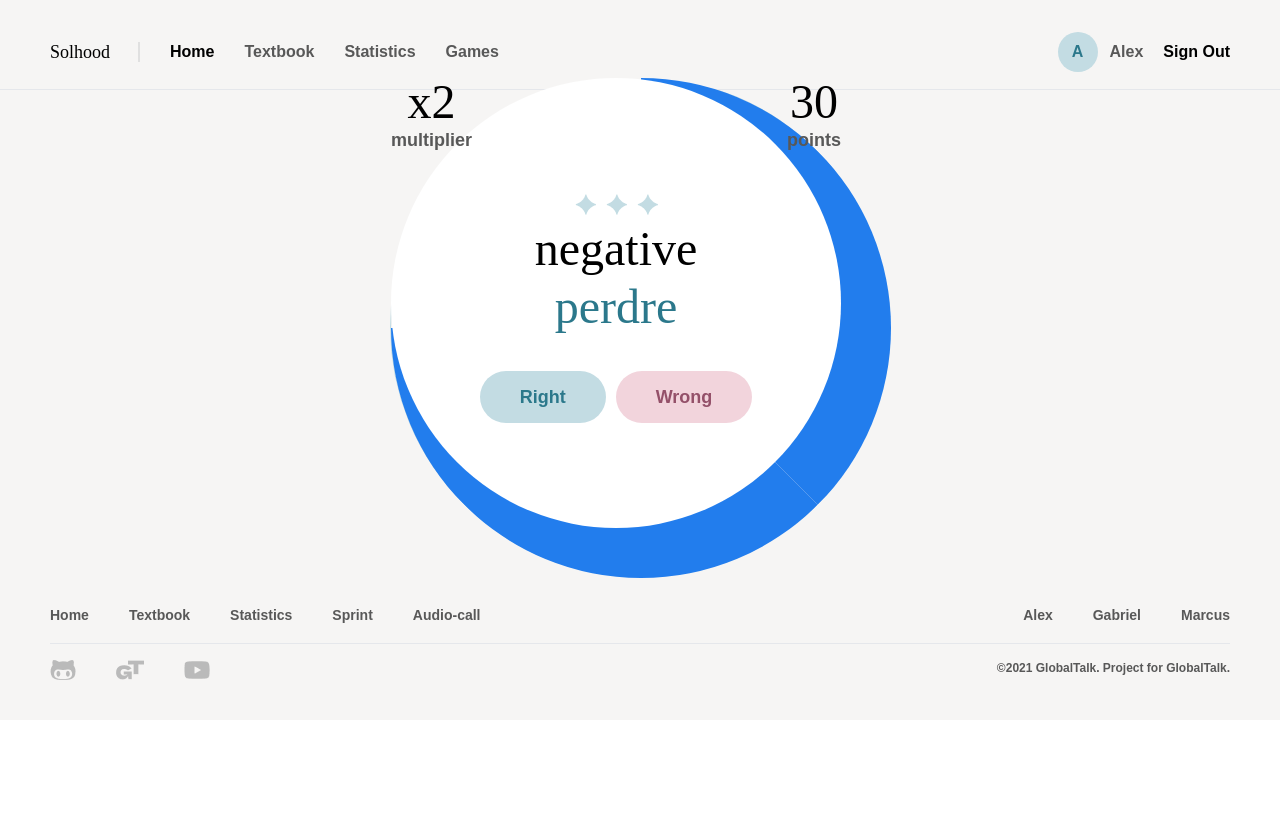
Repository: haudnn/solhood
Page: /game
The author's editor kept a copy of each file at every save. The page is drawn from the files as they stood at one save, then again after the next save.
The browser window is 1280 px wide. The pictures show the whole page.
The project was rebuilt for these pictures with package versions that can differ from the ones it lists, and the page was loaded fresh each time. Also part of the build but not shown: src/pages/Home.tsx, src/pages/Sprint.tsx.

Above is the page before, as saved 2023-01-03 17:26:53.

### src/index.css
@tailwind base;
@tailwind components;
@tailwind utilities;

@import url('https://fonts.googleapis.com/css2?family=Dela+Gothic+One&family=Montserrat:wght@400;500;600;700&display=swap');

@layer components {
    html{
        scroll-behavior: smooth;
    }
    .app-container{
        width: 1180px !important;
        margin: 0 auto !important;
    }
    .wrapper {
        height: calc(100vh - 90px);
        overflow: hidden;
    }
    .line {
        position: relative;
    }
    .wrapper-calc {
        height: calc(100vh - 90px - 157px);
        overflow: hidden;
    }
      .circle-wrap .circle .mask,
      .circle-wrap .circle .fill {
        width: 500px;
        height: 500px;
        position: absolute;
        border-radius: 50%;
      }
      .circle-wrap .circle .mask {
        clip: rect(0px, 500px, 500px, 250px);
      }

      .circle-wrap .inside-circle {
        width: 450px;
        height: 450px;
        border-radius: 50%;
        text-align: center;
        position: absolute;
        z-index: 100;
        background: white;
      }
      .mask .fill {
        clip: rect(0px, 250px, 500px, 0px);
        background-color: #227ded;
      }
      .mask.full,
      .circle .fill {
        animation: fill ease-in-out 3s;
        transform: rotate(135deg);
      }
    .line::before{
        position: absolute;
        content: "";
        right: -30px;
        border-right: 2px solid #e0e0e0 ;
        height: 20px;
        top: 50%;
        transform: translateY(-50%);
    }
    .line-long {
        position: relative;
    }
    .line-long::before{
        position: absolute;
        content: "";
        right: 0px;
        border-right: 2px solid #e0e0e0 ;
        height: 100%;
        top: 50%;
        transform: translateY(-50%);
    }
    .bridge::before {
        position: absolute;
        left:0;
        top:-16px;
        width: 100%;
        height: 20px;
        content:"";
        display: block;
    }
    .grid {
        width: 100%;
        display: block !important;
        padding: 0;
    }

    .grid.wide {
        max-width: 1200px;
        margin: 0 auto;
    }

    .row {
        display: flex;
        flex-wrap: wrap;
        margin-left: -4px;
        margin-right: -4px;
    }

    .row.no-gutters {
        margin-left: 0;
        margin-right: 0;
    }

    .col {
        padding-left: 4px;
        padding-right: 4px;
    }

    .row.no-gutters .col {
        padding-left: 0;
        padding-right: 0;
    }

    .c-0 {
        display: none;
    }

    .c-1 {
        flex: 0 0 8.33333%;
        max-width: 8.33333%;
    }

    .c-2 {
        flex: 0 0 16.66667%;
        max-width: 16.66667%;
    }

    .c-3 {
        flex: 0 0 25%;
        max-width: 25%;
    }

    .c-4 {
        flex: 0 0 33.33333%;
        max-width: 33.33333%;
    }

    .c-5 {
        flex: 0 0 41.66667%;
        max-width: 41.66667%;
    }

    .c-6 {
        flex: 0 0 50%;
        max-width: 50%;
    }

    .c-7 {
        flex: 0 0 58.33333%;
        max-width: 58.33333%;
    }

    .c-8 {
        flex: 0 0 66.66667%;
        max-width: 66.66667%;
    }

    .c-9 {
        flex: 0 0 75%;
        max-width: 75%;
    }

    .c-10 {
        flex: 0 0 83.33333%;
        max-width: 83.33333%;
    }

    .c-11 {
        flex: 0 0 91.66667%;
        max-width: 91.66667%;
    }

    .c-12 {
        flex: 0 0 100%;
        max-width: 100%;
    }

    .c-o-1 {
        margin-left: 8.33333%;
    }

    .c-o-2 {
        margin-left: 16.66667%;
    }

    .c-o-3 {
        margin-left: 25%;
    }

    .c-o-4 {
        margin-left: 33.33333%;
    }

    .c-o-5 {
        margin-left: 41.66667%;
    }

    .c-o-6 {
        margin-left: 50%;
    }

    .c-o-7 {
        margin-left: 58.33333%;
    }

    .c-o-8 {
        margin-left: 66.66667%;
    }

    .c-o-9 {
        margin-left: 75%;
    }

    .c-o-10 {
        margin-left: 83.33333%;
    }

    .c-o-11 {
        margin-left: 91.66667%;
    }

    /* >= Tablet */
    @media (min-width: 740px) {
        .row {
            margin-left: -8px;
            margin-right: -8px;
        }

        .col {
            padding-left: 8px;
            padding-right: 8px;
        }

        .m-0 {
            display: none;
        }

        .m-1,
        .m-2,
        .m-3,
        .m-4,
        .m-5,
        .m-6,
        .m-7,
        .m-8,
        .m-9,
        .m-10,
        .m-11,
        .m-12 {
            display: block;
        }

        .m-1 {
            flex: 0 0 8.33333%;
            max-width: 8.33333%;
        }

        .m-2 {
            flex: 0 0 16.66667%;
            max-width: 16.66667%;
        }

        .m-3 {
            flex: 0 0 25%;
            max-width: 25%;
        }

        .m-4 {
            flex: 0 0 33.33333%;
            max-width: 33.33333%;
        }

        .m-5 {
            flex: 0 0 41.66667%;
            max-width: 41.66667%;
        }

        .m-6 {
            flex: 0 0 50%;
            max-width: 50%;
        }

        .m-7 {
            flex: 0 0 58.33333%;
            max-width: 58.33333%;
        }

        .m-8 {
            flex: 0 0 66.66667%;
            max-width: 66.66667%;
        }

        .m-9 {
            flex: 0 0 75%;
            max-width: 75%;
        }

        .m-10 {
            flex: 0 0 83.33333%;
            max-width: 83.33333%;
        }

        .m-11 {
            flex: 0 0 91.66667%;
            max-width: 91.66667%;
        }

        .m-12 {
            flex: 0 0 100%;
            max-width: 100%;
        }

        .m-o-1 {
            margin-left: 8.33333%;
        }

        .m-o-2 {
            margin-left: 16.66667%;
        }

        .m-o-3 {
            margin-left: 25%;
        }

        .m-o-4 {
            margin-left: 33.33333%;
        }

        .m-o-5 {
            margin-left: 41.66667%;
        }

        .m-o-6 {
            margin-left: 50%;
        }

        .m-o-7 {
            margin-left: 58.33333%;
        }

        .m-o-8 {
            margin-left: 66.66667%;
        }

        .m-o-9 {
            margin-left: 75%;
        }

        .m-o-10 {
            margin-left: 83.33333%;
        }

        .m-o-11 {
            margin-left: 91.66667%;
        }
    }

    /* PC medium resolution > */
    @media (min-width: 1113px) {
        .row {
            margin-left: -12px;
            margin-right: -12px;
        }

        .row.sm-gutter {
            margin-left: -5px;
            margin-right: -5px;
        }

        .col {
            padding-left: 12px;
            padding-right: 12px;
        }

        .row.sm-gutter .col {
            padding-left: 5px;
            padding-right: 5px;
        }

        .l-0 {
            display: none;
        }

        .l-1,
        .l-2,
        .l-2-4,
        .l-3,
        .l-4,
        .l-5,
        .l-6,
        .l-7,
        .l-8,
        .l-9,
        .l-10,
        .l-11,
        .l-12 {
            display: block;
        }

        .l-1 {
            flex: 0 0 8.33333%;
            max-width: 8.33333%;
        }

        .l-2 {
            flex: 0 0 16.66667%;
            max-width: 16.66667%;
        }

        .l-2-4 {
            flex: 0 0 20%;
            max-width: 20%;
        }

        .l-3 {
            flex: 0 0 25%;
            max-width: 25%;
        }

        .l-4 {
            flex: 0 0 33.33333%;
            max-width: 33.33333%;
        }

        .l-5 {
            flex: 0 0 41.66667%;
            max-width: 41.66667%;
        }

        .l-6 {
            flex: 0 0 50%;
            max-width: 50%;
        }

        .l-7 {
            flex: 0 0 58.33333%;
            max-width: 58.33333%;
        }

        .l-8 {
            flex: 0 0 66.66667%;
            max-width: 66.66667%;
        }

        .l-9 {
            flex: 0 0 75%;
            max-width: 75%;
        }

        .l-10 {
            flex: 0 0 83.33333%;
            max-width: 83.33333%;
        }

        .l-11 {
            flex: 0 0 91.66667%;
            max-width: 91.66667%;
        }

        .l-12 {
            flex: 0 0 100%;
            max-width: 100%;
        }

        .l-o-1 {
            margin-left: 8.33333%;
        }

        .l-o-2 {
            margin-left: 16.66667%;
        }

        .l-o-3 {
            margin-left: 25%;
        }

        .l-o-4 {
            margin-left: 33.33333%;
        }

        .l-o-5 {
            margin-left: 41.66667%;
        }

        .l-o-6 {
            margin-left: 50%;
        }

        .l-o-7 {
            margin-left: 58.33333%;
        }

        .l-o-8 {
            margin-left: 66.66667%;
        }

        .l-o-9 {
            margin-left: 75%;
        }

        .l-o-10 {
            margin-left: 83.33333%;
        }

        .l-o-11 {
            margin-left: 91.66667%;
        }
    }

    /* Tablet - PC low resolution */
    @media (min-width: 740px) and (max-width: 1023px) {
        .wide {
            width: 644px;
        }
    }

    /* > PC low resolution */
    @media (min-width: 1024px) and (max-width: 1239px) {
        .wide {
            width: 984px;
        }

        .wide .row {
            margin-left: -12px;
            margin-right: -12px;
        }

        .wide .row.sm-gutter {
            margin-left: -5px;
            margin-right: -5px;
        }

        .wide .col {
            padding-left: 12px;
            padding-right: 12px;
        }

        .wide .row.sm-gutter .col {
            padding-left: 5px;
            padding-right: 5px;
        }

        .wide .l-0 {
            display: none;
        }

        .wide .l-1,
        .wide .l-2,
        .wide .l-2-4,
        .wide .l-3,
        .wide .l-4,
        .wide .l-5,
        .wide .l-6,
        .wide .l-7,
        .wide .l-8,
        .wide .l-9,
        .wide .l-10,
        .wide .l-11,
        .wide .l-12 {
            display: block;
        }

        .wide .l-1 {
            flex: 0 0 8.33333%;
            max-width: 8.33333%;
        }

        .wide .l-2 {
            flex: 0 0 16.66667%;
            max-width: 16.66667%;
        }

        .wide .l-2-4 {
            flex: 0 0 20%;
            max-width: 20%;
        }

        .wide .l-3 {
            flex: 0 0 25%;
            max-width: 25%;
        }

        .wide .l-4 {
            flex: 0 0 33.33333%;
            max-width: 33.33333%;
        }

        .wide .l-5 {
            flex: 0 0 41.66667%;
            max-width: 41.66667%;
        }

        .wide .l-6 {
            flex: 0 0 50%;
            max-width: 50%;
        }

        .wide .l-7 {
            flex: 0 0 58.33333%;
            max-width: 58.33333%;
        }

        .wide .l-8 {
            flex: 0 0 66.66667%;
            max-width: 66.66667%;
        }

        .wide .l-9 {
            flex: 0 0 75%;
            max-width: 75%;
        }

        .wide .l-10 {
            flex: 0 0 83.33333%;
            max-width: 83.33333%;
        }

        .wide .l-11 {
            flex: 0 0 91.66667%;
            max-width: 91.66667%;
        }

        .wide .l-12 {
            flex: 0 0 100%;
            max-width: 100%;
        }

        .wide .l-o-1 {
            margin-left: 8.33333%;
        }

        .wide .l-o-2 {
            margin-left: 16.66667%;
        }

        .wide .l-o-3 {
            margin-left: 25%;
        }

        .wide .l-o-4 {
            margin-left: 33.33333%;
        }

        .wide .l-o-5 {
            margin-left: 41.66667%;
        }

        .wide .l-o-6 {
            margin-left: 50%;
        }

        .wide .l-o-7 {
            margin-left: 58.33333%;
        }

        .wide .l-o-8 {
            margin-left: 66.66667%;
        }

        .wide .l-o-9 {
            margin-left: 75%;
        }

        .wide .l-o-10 {
            margin-left: 83.33333%;
        }

        .wide .l-o-11 {
            margin-left: 91.66667%;
        }
    }
}

### src/App.tsx
import "./App.css";
import { BrowserRouter } from 'react-router-dom';
import RouterConfig from './config/RouterConfig';
import Footer from "./components/Layout/Footer";
import Header from "./components/Layout/Header";
function App() {
  return (
    <div className="App font-montserrat">
      <BrowserRouter>
        <Header />
        <RouterConfig/>
        <Footer/>
      </BrowserRouter>
    </div>
  );
}

export default App;

### src/config/RouterConfig.tsx
import React from 'react'
import { Routes, Route } from 'react-router-dom';
import {router} from '../constants';
const RouterConfig = () => {
  return (
    <Routes>
    {router.map(({ path, component }) => (
      <Route key={path} path={path} element={component} />
    ))}
  </Routes>
  )
}

export default RouterConfig

### src/components/Layout/Footer.tsx
import React from "react";
import github from '../../assets/imgs/github.png';
import GT from '../../assets/imgs/GT.png'
import youtube from '../../assets/imgs/youtube.png'
const Footer = () => {
  return (
    <footer>
      <div className="bg-greyligt py-[40px]">
        <div className="app-container">
          <div className="pb-4 border-b border-solid boder-[greymedium]">
            <div className="grid">
              <div className="row">
                <div className="col l-6">
                  <ul className="flex items-center gap-x-10">
                    <li>
                      <a
                        className="text-sm font-semibold text-greydark"
                        href="/"
                      >
                        Home
                      </a>
                    </li>
                    <li>
                      <a
                        className="text-sm font-semibold text-greydark"
                        href="/"
                      >
                        Textbook
                      </a>
                    </li>
                    <li>
                      <a
                        className="text-sm font-semibold text-greydark"
                        href="/"
                      >
                        Statistics
                      </a>
                    </li>
                    <li>
                      <a
                        className="text-sm font-semibold text-greydark"
                        href="/"
                      >
                        Sprint
                      </a>
                    </li>
                    <li>
                      <a
                        className="text-sm font-semibold text-greydark"
                        href="/"
                      >
                        Audio-call
                      </a>
                    </li>
                  </ul>
                </div>
                <div className="col l-6">
                  <ul className="flex items-center justify-end gap-x-10">
                    <li>
                      <a
                        className="text-sm font-semibold text-greydark"
                        href="/"
                      >
                        Alex
                      </a>
                    </li>
                    <li>
                      <a
                        className="text-sm font-semibold text-greydark"
                        href="/"
                      >
                        Gabriel
                      </a>
                    </li>
                    <li>
                      <a
                        className="text-sm font-semibold text-greydark"
                        href="/"
                      >
                        Marcus
                      </a>
                    </li>
                  </ul>
                </div>
              </div>
            </div>
          </div>
          <div className="pt-4">
            <div className="grid">
              <div className="row">
                <div className="col l-6">
                  <ul className="flex items-center gap-x-10">
                    <li>
                      <a href="/">
                        <img src={github} alt="" />
                      </a>
                    </li>
                    <li>
                      <a href="/">
                        <img src={GT} alt="" />
                      </a>
                    </li>
                    <li>
                      <a href="/">
                        <img src={youtube} alt="" />
                      </a>
                    </li>
                  </ul>
                </div>
                <div className="col l-6">
                  <div className="flex items-center justify-end">
                    <span className="text-xs font-semibold text-greydark ">
                      ©2021 GlobalTalk. Project for GlobalTalk.
                    </span>
                  </div>
                </div>
              </div>
            </div>
          </div>
        </div>
      </div>
    </footer>
  );
};

export default Footer;

### src/components/Layout/Header.tsx
import React from "react";

const Header = () => {
  return (
      <header className="py-8 border-b border-solid border-[grey-dark] bg-greyligt max-h-[90px]">
        <div className="app-container">
          <div className="grid">
            <div className="row">
              <div className="col l-6">
                <div className="flex items-center gap-x-[60px] h-full">
                  <div className="line">
                    <a href="/" className="text-lg text-black font-dela">Solhood</a>
                  </div>
                  <div className="">
                    <ul className="flex items-center gap-x-[30px]">
                      <li>
                        <a
                          className="text-base font-semibold text-black"
                          href="/"
                        >
                          Home
                        </a>
                      </li>
                      <li>
                        <a
                          className="text-base font-semibold text-greydark"
                          href="/"
                        >
                          Textbook
                        </a>
                      </li>
                      <li>
                        <a
                          className="text-base font-semibold text-greydark"
                          href="/"
                        >
                          Statistics
                        </a>
                      </li>
                      <li className="relative group">
                        <a
                          className="text-base font-semibold text-greydark"
                          href="/"
                        >
                          Games
                        </a>
                        <div className="z-10 group-hover:block hidden absolute bg-white rounded-xl shadow-lg w-[215px] p-5 top-10 bridge">
                          <ul>
                            <li className="mb-2 text-base font-semibold text-greydark">
                              <a href="/sprint">Sprint</a>
                            </li>
                            <li>
                              <a href="/" className="text-base font-semibold text-greydark">Audio call</a>
                            </li>
                          </ul>
                        </div>
                      </li>
                    </ul>
                  </div>
                </div>
              </div>
              <div className="col l-6">
                <div className="flex justify-end">
                  <div className="flex items-center mr-5 gap-x-3">
                    <div className="flex items-center justify-center w-10 h-10 rounded-[50%] bg-cyanlight">
                      <span className="text-base font-semibold text-cyandark">
                        A
                      </span>
                    </div>
                    <span className="text-base font-semibold text-greydark">
                      Alex
                    </span>
                  </div>
                  <div className="flex items-center">
                    <a href="/" className="text-base font-semibold text-black">
                      Sign Out
                    </a>
                  </div>
                </div>
              </div>
            </div>
          </div>
        </div>
      </header>
  );
};

export default Header;

### src/constants/index.ts
import router from "./router"

export {router}

### src/constants/router.tsx
import Game from "../pages/Game";
import Home from "../pages/Home";
import Sprint from "../pages/Sprint";
const router = [
 {
    path: '/',
    component: <Home />,
 },
 {
   path: '/sprint',
   component: <Sprint />,
 },
 {
  path: '/game',
   component: <Game />,
 }

]
export default router;

### src/pages/Game.tsx
import React from "react";
import level from "../assets/imgs/level.png";
const Game = () => {
  return (
    <div className="game bg-greyligt">
      <div className="flex items-center justify-center wrapper-calc">
        <div className="circle-wrap w-[500px] h-[500px] rounded-[50%] border border-solid border-cyanlight">
          <div className="circle">
            <div className="mask full">
              <div className="fill"></div>
            </div>
            <div className="mask half">
              <div className="fill"></div>
            </div>
            <div className="inside-circle">
                <div>
                <div className="flex items-center justify-between mb-10">
                <div className="flex flex-col items-center">
                  <p className="text-5xl font-dela">x2</p>
                  <p className="text-lg font-semibold text-greydark">
                    multiplier
                  </p>
                </div>
                <div className="flex flex-col items-center">
                  <p className="text-5xl font-dela">30</p>
                  <p className="text-lg font-semibold text-greydark">points</p>
                </div>
              </div>
              <div className="mb-10">
                <div className="flex items-center justify-center gap-x-[10px] mb-[10px]">
                  <div>
                    <img
                      src={level}
                      alt=""
                      className="object-cover w-full h-full"
                    />
                  </div>
                  <div>
                    <img
                      src={level}
                      alt=""
                      className="object-cover w-full h-full"
                    />
                  </div>
                  <div>
                    <img
                      src={level}
                      alt=""
                      className="object-cover w-full h-full"
                    />
                  </div>
                </div>
                <div>
                  <p className="text-5xl font-dela mb-[10px] text-center">
                    negative
                  </p>
                  <p className="text-5xl font-dela mb-[10px] text-cyandark text-center">
                    perdre
                  </p>
                </div>
              </div>
              <div className="flex items-center justify-center gap-x-[10px]">
                <button className="px-10 py-3 rounded-full bg-cyanlight">
                  <span className="text-lg font-bold text-cyandark">Right</span>
                </button>
                <button className="px-10 py-3 rounded-full bg-pinklight">
                  <span className="text-lg font-bold text-pinkdark">Wrong</span>
                </button>
              </div>
                </div>
            </div>
          </div>
        </div>
      </div>
    </div>
  );
};

export default Game;

Loaded but not shown: public/index.html (common file); src/index.tsx (common file); src/App.css (common file); tailwind.config.js (30 lines, source omitted)

After the next save:
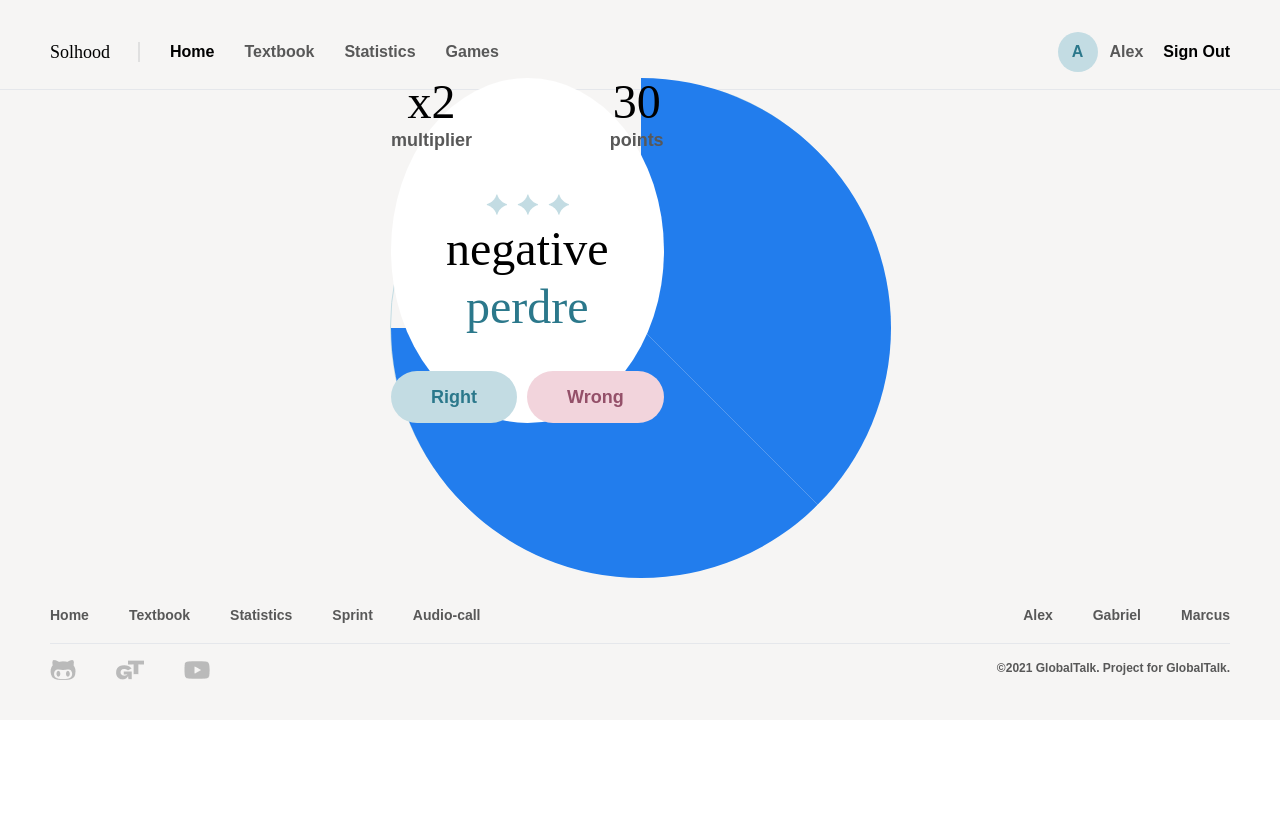
Saved 19 s later.
--- a/src/index.css
+++ b/src/index.css
@@ -35,8 +35,9 @@
       }
 
       .circle-wrap .inside-circle {
-        width: 450px;
-        height: 450px;
+        display: flex;
+        align-items: center;
+        justify-content: center;
         border-radius: 50%;
         text-align: center;
         position: absolute;
